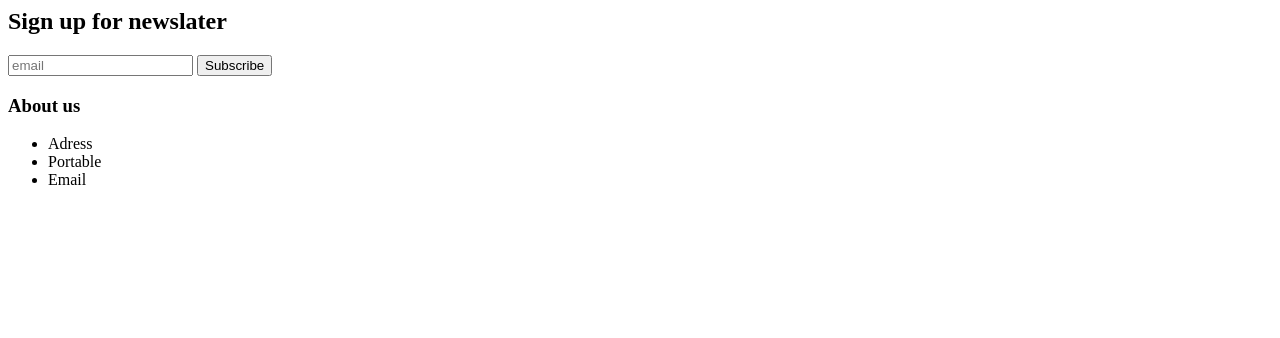
Repository: haifabilel/shop
Page: http://localhost/templates/footer.php
An editor plug-in stored every save of this project. The page is shown before and after the next save, followed by the edit.
The browser window is 1280 px wide. The pictures show the whole page.
The page is run by PHP 8.4 with error messages shown; the project is at /var/www/html/.

Above is the page before, as saved 2023-12-07 16:18:22.

### templates/footer.php
<div class="top-footer">
    <h2><i class="bx bx-envelope"></i>Sign up for newslater</h2>
    <div class="input-field">
        <input type="text" name="" placeholder="email">
        <button class="btn">Subscribe</button>
    </div>
</div>
<footer>
    <div class="overlay"></div>
    <div class="footer-content">
        <div class="img-box">
            <img src="" alt="">
        </div>
        <div class="inner-footer">
            <div class="card">
                <h3>About us</h3>
                <ul>
                    <li>Adress</li>
                    <li>Portable</li>
                    <li>Email</li>
                </ul>
            </div>
        </div>
    </div>
</footer>

After the next save:
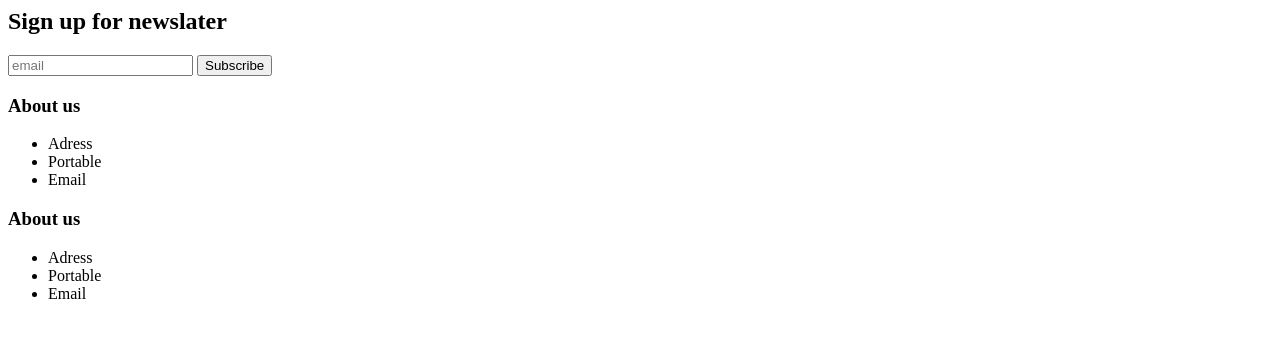
Saved 9 s later.
--- a/templates/footer.php
+++ b/templates/footer.php
@@ -19,6 +19,13 @@
                     <li>Portable</li>
                     <li>Email</li>
                 </ul>
+                <div class="card">
+                <h3>About us</h3>
+                <ul>
+                    <li>Adress</li>
+                    <li>Portable</li>
+                    <li>Email</li>
+                </ul>
             </div>
         </div>
     </div>
